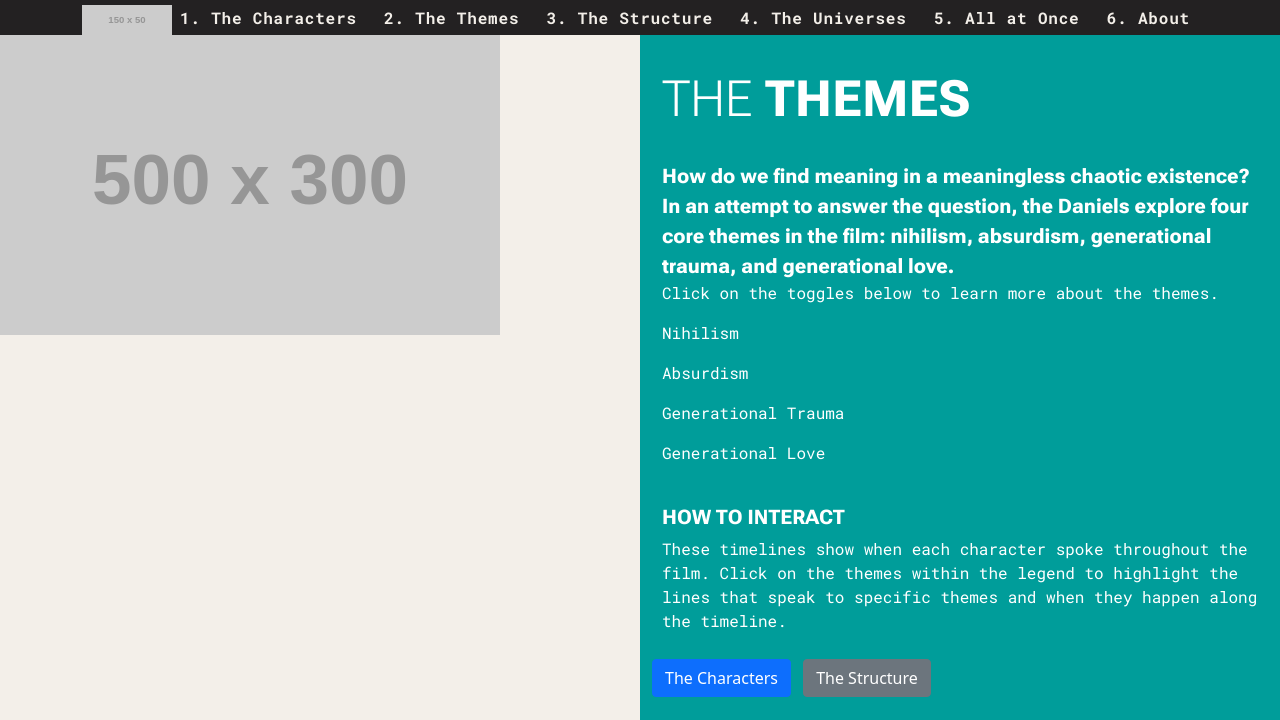
Repository: angelica-hom/msdv-thesis
Page: themes.html
The author's editor kept a record of every edit. The page is drawn from the files as they stood at one moment, then again after the next edit.
The browser window is 1280 px wide. The pictures show the whole page.

Above is the page before.

After the next edit:
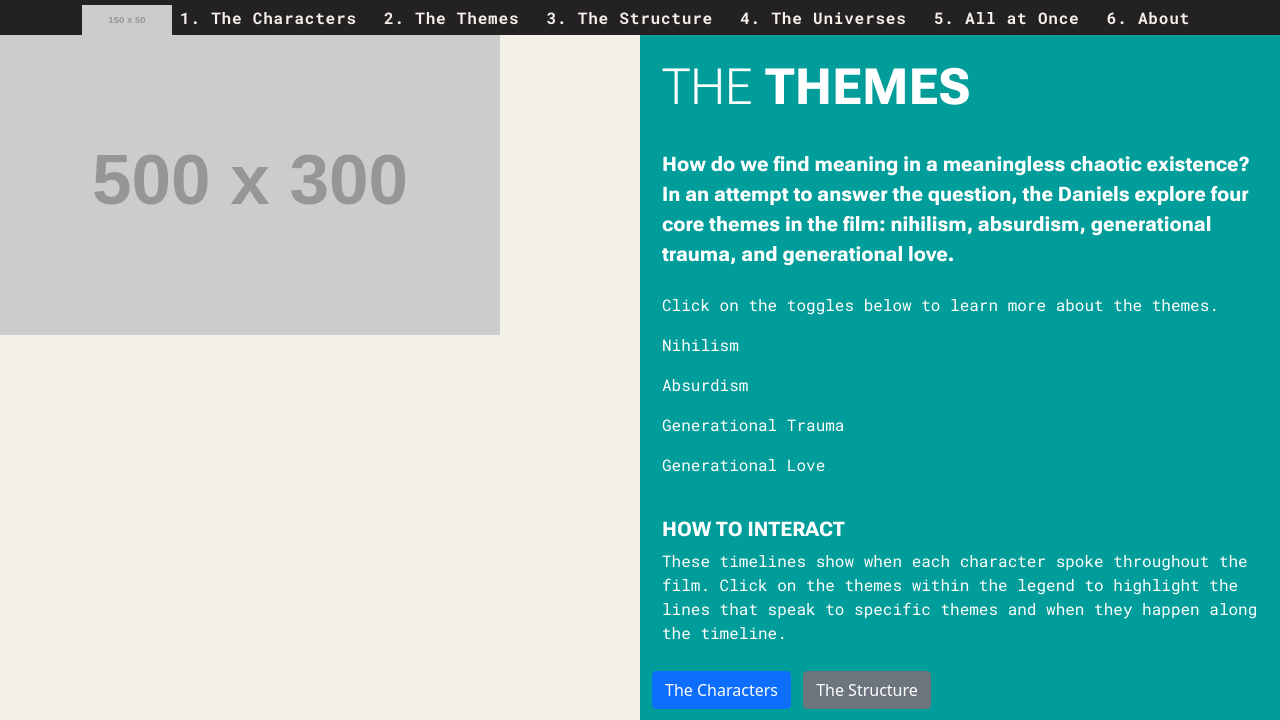
The edit:
--- a/themes.html
+++ b/themes.html
@@ -47,7 +47,7 @@
                 <div id="content">
                     <h2>THE <span class="bold">THEMES</span></h2>
                     <br><span class="subheading">How do we find meaning in a meaningless chaotic existence? In an attempt to answer the question, the Daniels explore four core themes in the film: nihilism, absurdism, generational trauma, and generational love.</span>
-                    <p>Click on the toggles below to learn more about the themes.</p>
+                    <br><br><p>Click on the toggles below to learn more about the themes.</p>
                     <p>Nihilism</p>
                     <p>Absurdism</p>
                     <p>Generational Trauma</p>
